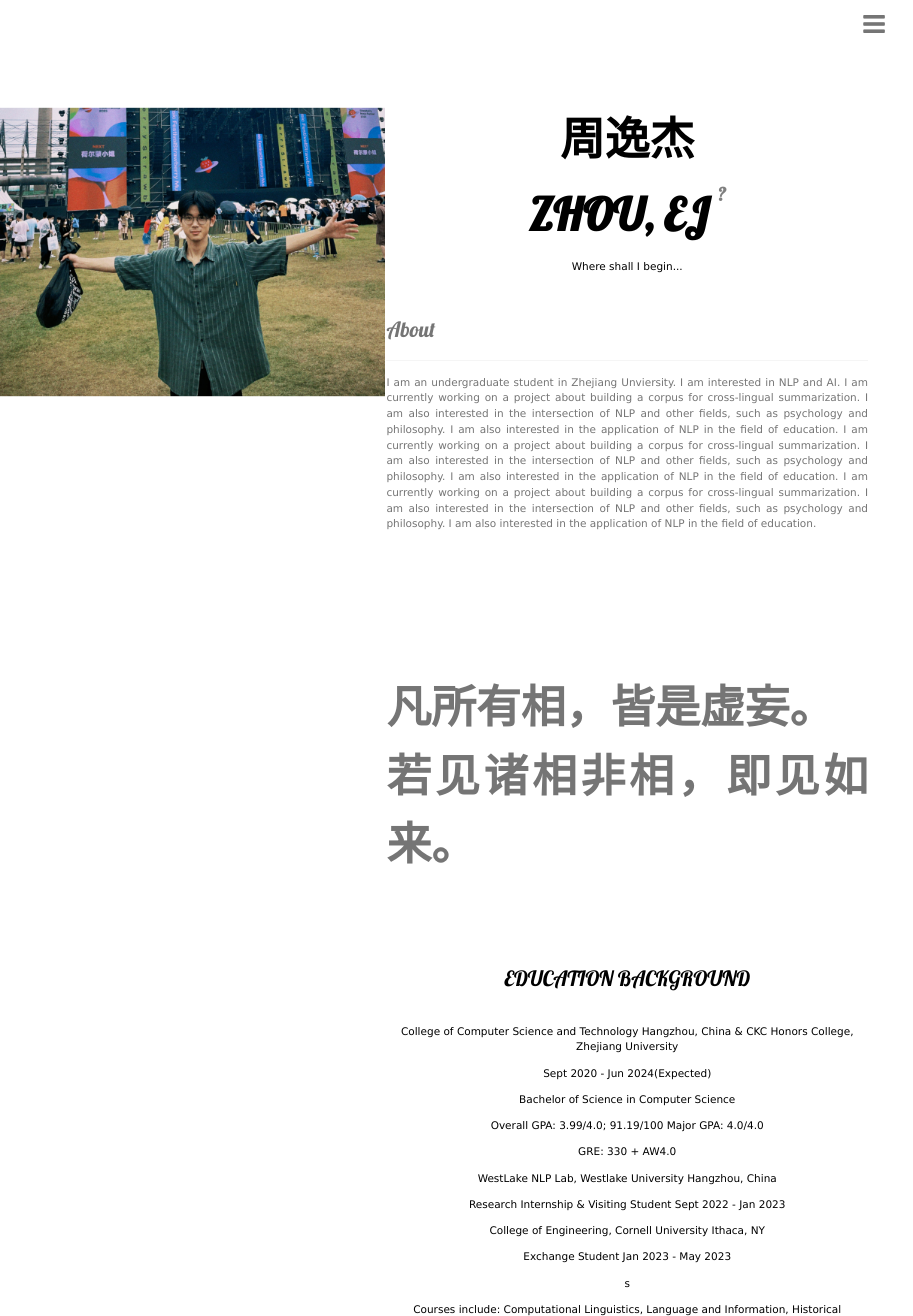
Repository: Ej-zhou/ej-zhou.github.io
Page: index.html
The author's editor kept a copy of each file at every save. The page is drawn from the files as they stood at one save, then again after a run of saves.
The browser window is 1280 px wide. The page is 1304 px wide, so the pictures cover 1304 px, including what lies to the right of the window. The pictures show the part of the page from y = 0 to 1880 px (the page is 6374 px tall), at 70% of full size.
Some web fonts or font styles are not loaded; a fallback is used.

Above is the page before, as saved 2023-08-12 15:11:44.

After the next 3 saves:
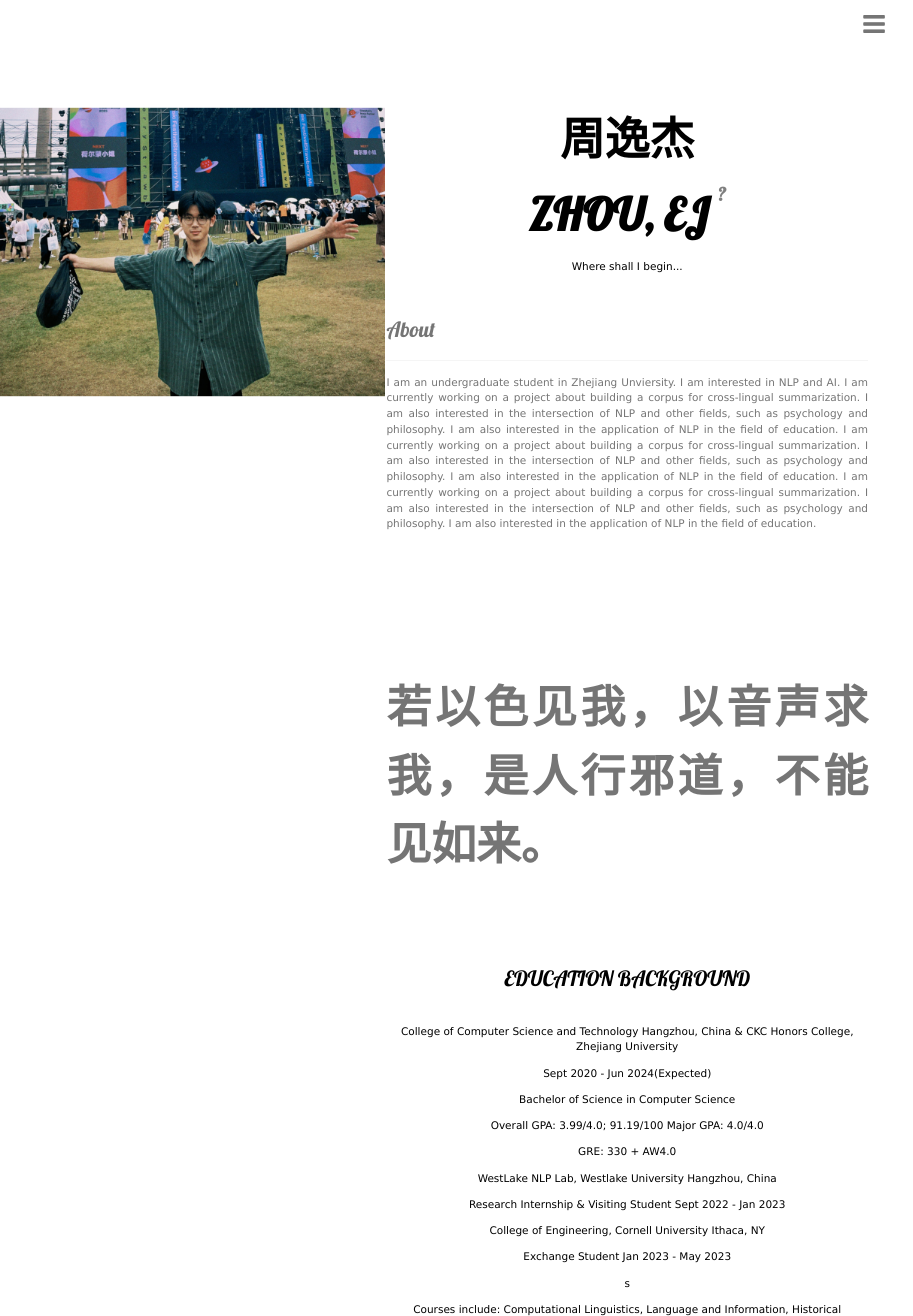
The 3 saves are shown as one change because they came seconds apart.
The last was saved 46 s later.
--- a/index.html
+++ b/index.html
@@ -334,8 +334,12 @@
 
 <br><br><br><br>
 <h1 class="w3-jumbo">
+    <b> <span class="chinese">若以色见我，以音声求我，是人行邪道，不能见如来。</span>           </b>
+</h1>
+
+<!-- <h1 class="w3-jumbo">
     <b> <span class="chinese">凡所有相，皆是虚妄。<br> 若见诸相非相，即见如来。</span>           </b>
-</h1>
+</h1> -->
 
 
 <p>
